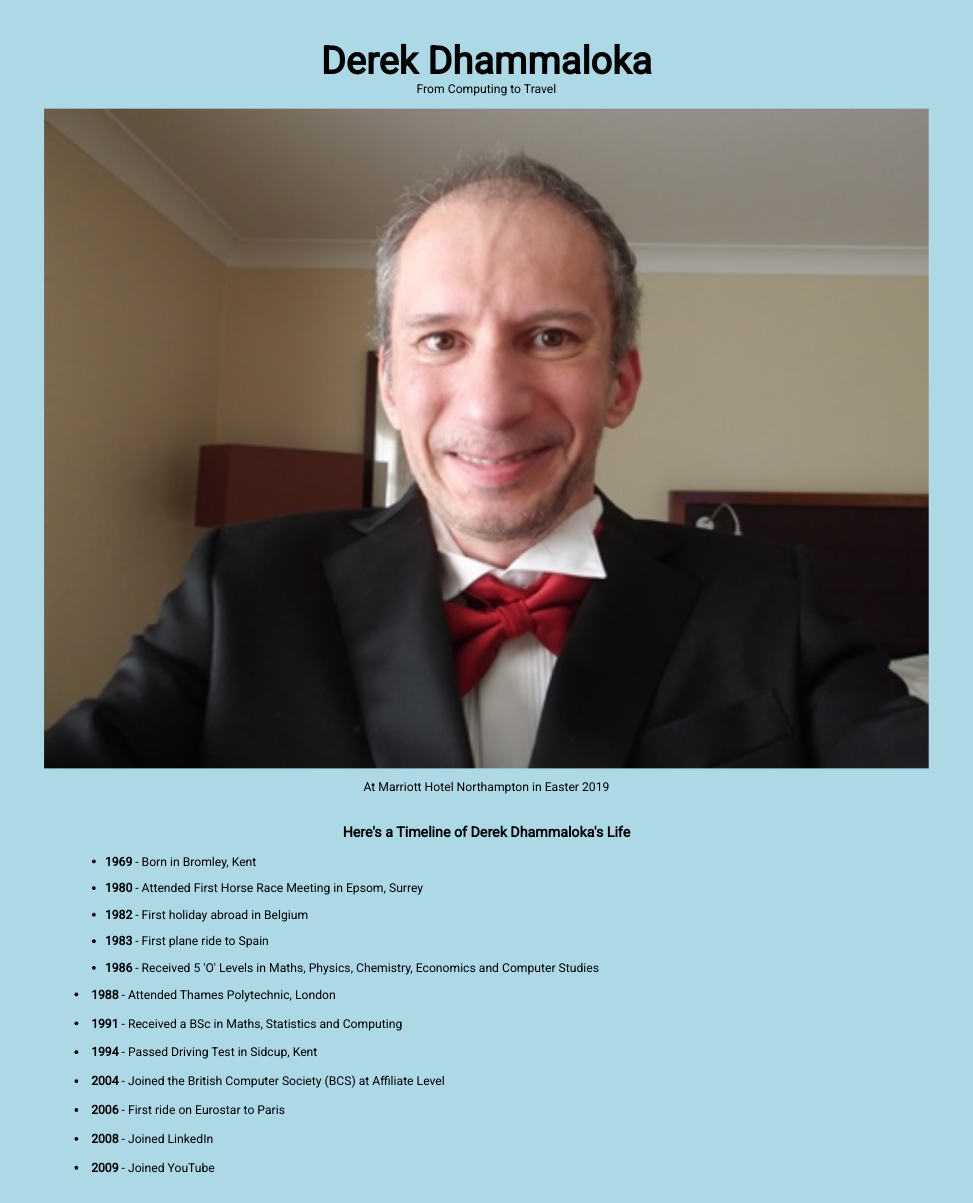
Repository: derektypist/tribute-page
Page: index.html
The author's editor kept a record of every edit. The page is drawn from the files as they stood at one moment, then again after the next edit.
The browser window is 1280 px wide. The pictures show the whole page, at 76% of full size.

Above is the page before.

### index.html
<!DOCTYPE html>
<html lang="en">

<head>
    <meta charset="UTF-8">
    <meta name="viewport" content="width=device-width, initial-scale=1.0">
    <meta http-equiv="X-UA-Compatible" content="ie=edge">
    <title>Derek Dhammaloka Tribute Page</title>
    <!-- Load Style Sheets -->
    <link href="https://fonts.googleapis.com/css?family=Roboto&display=swap" rel="stylesheet">
    <style>
        /* Main Styles */

        #main {
            font-family: "Roboto", Arial, Verdana, sans-serif;
            background-color: lightblue;
            padding: 10px;
            text-align: center;
        }



        /* Title */

        #title {
            font-weight: 700;
            font-size: 50px;
            text-align: center;
        }


        /* Images */

        #img-div {
            position: relative;
            bottom: 35px;
        }

        #image {
            width: 100%;
            display: block;
            height: auto;
        }

        #img-caption {
            position: relative;
            top: 15px;
        }

        /* Tribute Info */

        #tribute-info {

            text-align: left;
            margin-left: 80px;

        }
    </style>
</head>

<body id="main">
    <!-- Set Header Element -->
    <header>
        <h1 id="title">Derek Dhammaloka</h1>
    </header>

    <!-- Set Main Element -->
    <main>

        <!-- Display Image with its Caption -->
        <div id="img-div">
            <p>From Computing to Travel</p>
            <figure>
                <img src="derek.JPG" id="image" title="At Marriott Hotel Northampton - Easter 2019" alt="At Marriott Hotel Northampton - Easter 2019">
                <figcaption id="img-caption">At Marriott Hotel Northampton in Easter 2019</figcaption>
            </figure>
        </div>
        <section>
            <h3>Here's a Timeline of Derek Dhammaloka's Life</h3>
            <!-- Display Tribute Information -->
            <article id="tribute-info">
                <!-- Display Information for 1969 -->
                <ul>
                    <li><strong>1969 </strong>- Born in Bromley, Kent</li>
                </ul>

                <!-- Display Information for 1980 -->
                <ul>
                    <li><strong>1980 </strong>- Attended First Horse Race Meeting in Epsom, Surrey</li>
                </ul>

                <!-- Display Information for 1982 -->
                <ul>
                    <li><strong>1982 </strong>- First holiday abroad in Belgium</li>
                </ul>

                <!-- Display Information for 1983 -->
                <ul>
                     <li><strong>1983 </strong>- First plane ride to Spain</li>
                </ul>

                <!-- Display Information for 1986 -->
                <ul>
                    <li><strong>1986 </strong>- Received 5 'O' Levels in Maths, Physics, Chemistry, Economics and Computer Studies</li>
                </ul>

                <!-- Display Information for 1988 -->
                <ul>

                </ul>
                <li><strong>1988 </strong>- Attended Thames Polytechnic, London</li>
                <br>
                <li><strong>1991 </strong>- Received a BSc in Maths, Statistics and Computing</li>
                <br>
                <li><strong>1994 </strong>- Passed Driving Test in Sidcup, Kent</li>
                <br>
                <li><strong>2004 </strong>- Joined the British Computer Society (BCS) at Affiliate Level</li>
                <br>
                <li><strong>2006 </strong>- First ride on Eurostar to Paris</li>
                <br>
                <li><strong>2008 </strong>- Joined LinkedIn</li>
                <br>
                <li><strong>2009 </strong>- Joined YouTube</li>
                <br>
            </article>
        </section>
    </main>
</body>

</html>

After the next edit:
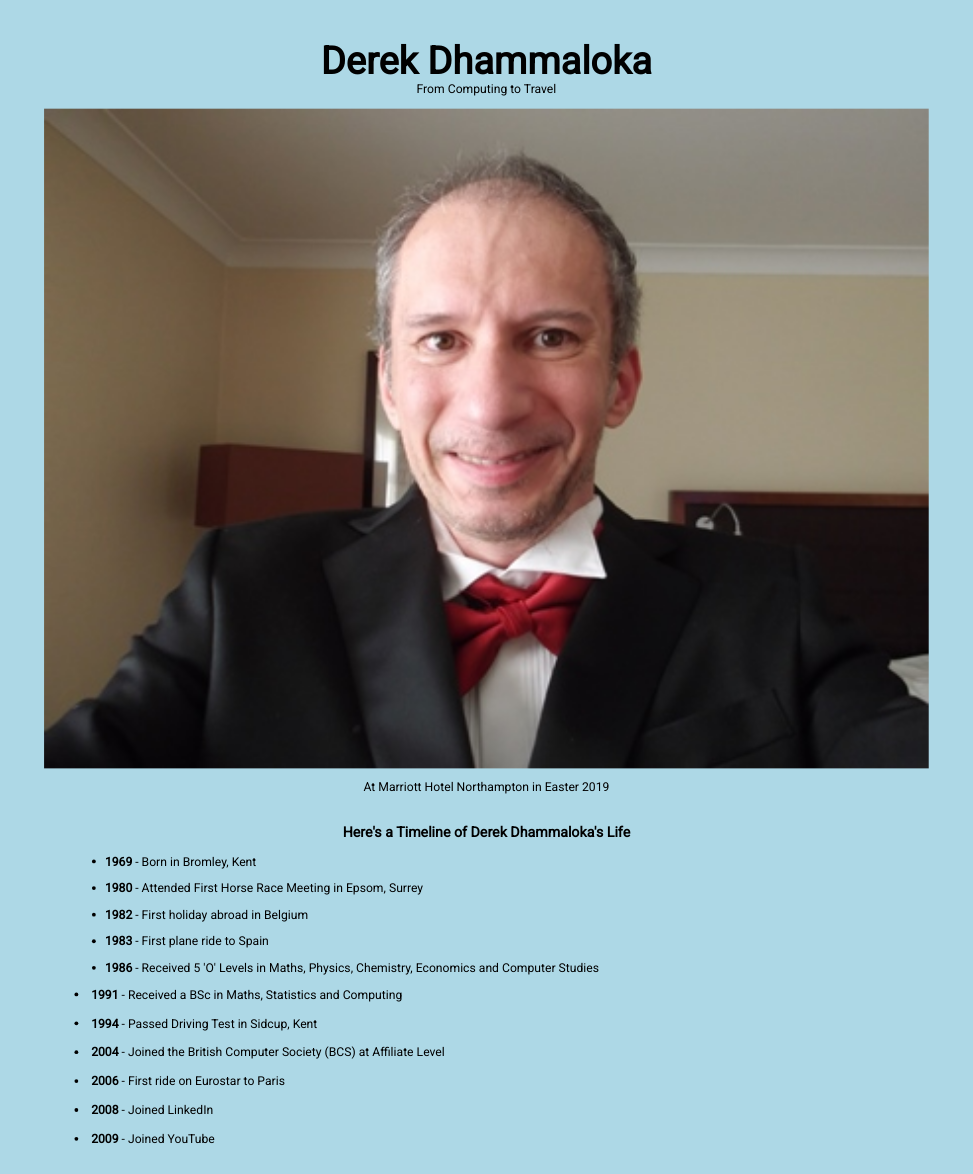
The edit:
--- a/index.html
+++ b/index.html
@@ -108,8 +108,8 @@
                 <ul>
 
                 </ul>
-                <li><strong>1988 </strong>- Attended Thames Polytechnic, London</li>
-                <br>
+
+
                 <li><strong>1991 </strong>- Received a BSc in Maths, Statistics and Computing</li>
                 <br>
                 <li><strong>1994 </strong>- Passed Driving Test in Sidcup, Kent</li>
